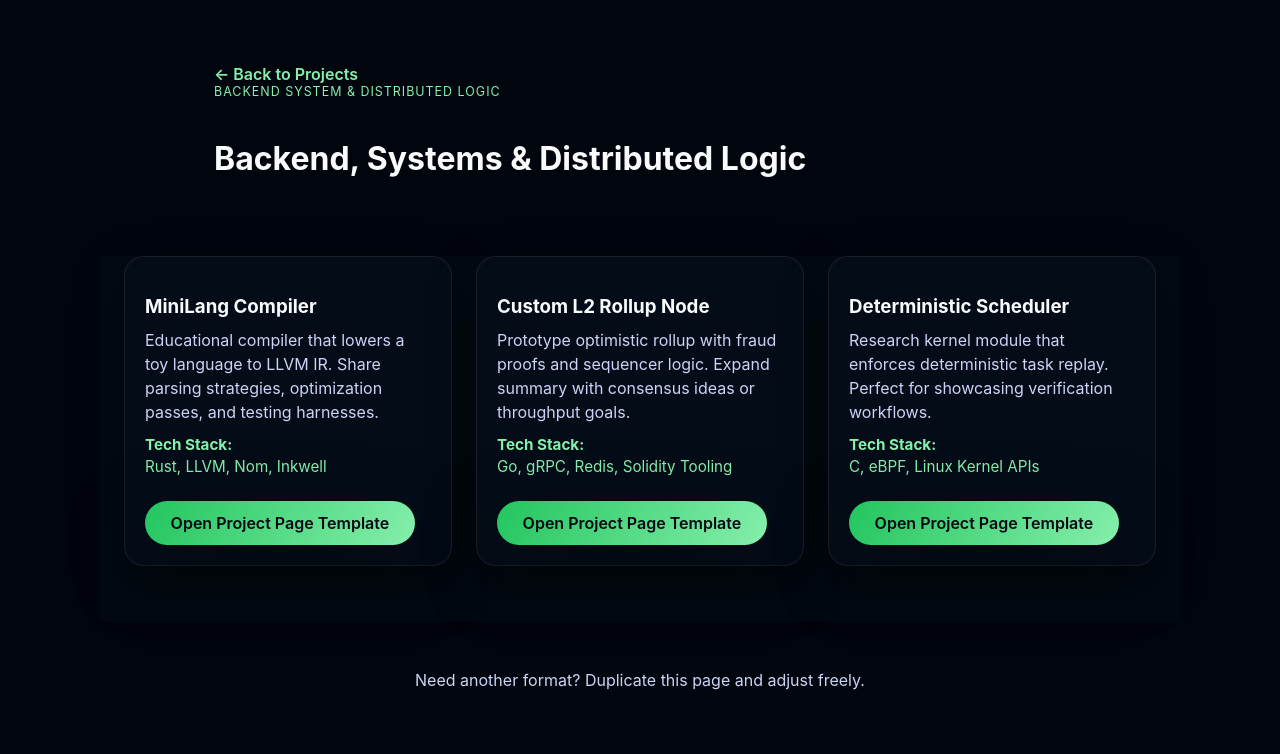
Repository: Abdulaziz-04/Abdulaziz-04.github.io
Page: projects/backend_systems.html
The author's editor kept a copy of each file at every save. The page is drawn from the files as they stood at one save, then again after the next save.
The browser window is 1280 px wide. The pictures show the whole page.

Above is the page before, as saved 2025-11-20 22:12:49.

### projects/backend_systems.html
<!DOCTYPE html>
<html lang="en">
  <head>
    <meta charset="UTF-8" />
    <meta name="viewport" content="width=device-width, initial-scale=1" />
    <title>Backend, Systems &amp; Distributed Logic | Projects</title>
    <link rel="stylesheet" href="../assets/css/styles.css" />
  </head>
  <body class="category-page">
    <header class="category-hero">
      <a class="category-back" href="../index.html#projects"
        >&larr; Back to Projects</a
      >
      <a class="category-pill" href="../index.html#projects"
        >Backend System &amp; Distributed Logic</a
      >
      <br />
      <h1>Backend, Systems &amp; Distributed Logic</h1>
    </header>
    <main class="section category-section">
      <div class="project-modal-grid">
        <article class="project-modal-card">
          <div class="project-modal__body">
            <h3>MiniLang Compiler</h3>
            <p class="project-modal__summary">
              Educational compiler that lowers a toy language to LLVM IR. Share
              parsing strategies, optimization passes, and testing harnesses.
            </p>
            <p class="project-modal__tech">
              <strong>Tech Stack:</strong> Rust, LLVM, Nom, Inkwell
            </p>
            <div class="project-modal__actions">
              <a
                class="btn primary"
                href="../deepdives/backend_systems/nand2tetris/nand2tetris.html"
                >Open Project Page Template</a
              >
            </div>
          </div>
        </article>

        <article class="project-modal-card">
          <div class="project-modal__body">
            <h3>Custom L2 Rollup Node</h3>
            <p class="project-modal__summary">
              Prototype optimistic rollup with fraud proofs and sequencer logic.
              Expand summary with consensus ideas or throughput goals.
            </p>
            <p class="project-modal__tech">
              <strong>Tech Stack:</strong> Go, gRPC, Redis, Solidity Tooling
            </p>
            <div class="project-modal__actions">
              <a class="btn primary" href="project-template.html"
                >Open Project Page Template</a
              >
            </div>
          </div>
        </article>

        <article class="project-modal-card">
          <div class="project-modal__body">
            <h3>Deterministic Scheduler</h3>
            <p class="project-modal__summary">
              Research kernel module that enforces deterministic task replay.
              Perfect for showcasing verification workflows.
            </p>
            <p class="project-modal__tech">
              <strong>Tech Stack:</strong> C, eBPF, Linux Kernel APIs
            </p>
            <div class="project-modal__actions">
              <a class="btn primary" href="project-template.html"
                >Open Project Page Template</a
              >
            </div>
          </div>
        </article>
      </div>
    </main>
    <footer class="category-footer">
      <p>Need another format? Duplicate this page and adjust freely.</p>
    </footer>
  </body>
</html>

### assets/css/styles.css
:root {
  --bg: #030a13;
  --bg-alt: #050f1f;
  --panel: #071425;
  --panel-soft: rgba(34, 197, 94, 0.08);
  --accent: #22c55e;
  --accent-strong: #86efac;
  --text: #f8fafc;
  --muted: #cbd5f5;
  --border: rgba(255, 255, 255, 0.08);
  --radius: 18px;
  --shadow: 0 25px 70px rgba(1, 8, 4, 0.55);
}

* {
  box-sizing: border-box;
}

body {
  margin: 0;
  min-height: 100vh;
  font-family: "Inter", "Segoe UI", system-ui, -apple-system, BlinkMacSystemFont,
    sans-serif;
  color: var(--text);
  background: radial-gradient(circle at 15% 35%, rgba(34, 197, 94, 0.15), transparent 45%),
    radial-gradient(circle at 80% 0%, rgba(134, 239, 172, 0.2), transparent 35%),
    #020718;
  scroll-behavior: smooth;
  padding-top: 0;
}

.modal-open {
  overflow: hidden;
}

main {
  background: var(--bg);
}

.section {
  max-width: 1080px;
  margin: 0 auto;
  padding: 3.5rem 1.5rem;
}

.site-header {
  margin: 0;
  padding: clamp(4rem, 12vw, 6rem) clamp(1.5rem, 6vw, 4rem) 3.5rem;
  background: linear-gradient(135deg, rgba(5, 18, 12, 0.9), rgba(3, 10, 19, 0.85)),
    radial-gradient(circle at top left, rgba(34, 197, 94, 0.25), transparent 55%);
  box-shadow: inset 0 1px 0 rgba(255, 255, 255, 0.05);
  min-height: 85vh;
  display: flex;
  align-items: center;
}

.hero-header {
  margin-top: 0;
  padding-top: clamp(4.5rem, 12vw, 7rem);
}

.top-nav {
  position: fixed;
  top: 0;
  left: 0;
  width: 100%;
  padding: 0.75rem clamp(1.25rem, 6vw, 4rem);
  background: rgba(4, 9, 20, 0.95);
  border-bottom: 1px solid rgba(255, 255, 255, 0.05);
  backdrop-filter: blur(14px);
  display: flex;
  align-items: center;
  justify-content: space-between;
  gap: 1rem;
  z-index: 50;
}

.top-nav__brand {
  font-size: 0.85rem;
  letter-spacing: 0.3em;
  text-transform: uppercase;
  color: var(--muted);
}

.top-nav__links {
  display: flex;
  align-items: center;
  gap: 0.9rem;
  flex-wrap: wrap;
}

.nav-link {
  text-decoration: none;
  color: var(--muted);
  font-weight: 600;
  letter-spacing: 0.08em;
  text-transform: uppercase;
  padding: 0.4rem 0.85rem;
  border-radius: 999px;
  transition: color 0.2s ease, background 0.2s ease;
}

.nav-link:hover {
  color: var(--text);
}

.nav-link.active {
  background: var(--accent);
  color: #03140c;
}

.hire-btn {
  cursor: pointer;
  background: var(--accent);
  color: black;
  padding: 0.95rem 2.4rem;
  font-size: 1.1rem;
  font-weight: 700;
  border: none;
  border-radius: 999px;
  box-shadow: 0 12px 28px rgba(34, 197, 94, 0.35);
}

.hero-grid {
  display: grid;
  grid-template-columns: minmax(0, 1.4fr) minmax(220px, 320px);
  gap: clamp(2rem, 4vw, 3.5rem);
  width: 100%;
  align-items: start;
}

.hero-text h1 {
  font-size: clamp(2.5rem, 5vw, 3.8rem);
  margin: 0.2rem 0 0.8rem;
}

.hero-lede {
  color: var(--muted);
  font-size: 1.05rem;
  max-width: 560px;
  line-height: 1.6;
}

.eyebrow {
  text-transform: uppercase;
  color: var(--accent-strong);
}

.hero-summary {
  margin: 1.5rem 0 1.75rem;
  color: var(--muted);
}

.summary-list {
  font-size: large;
  margin: 0;
  padding-left: 1.5rem;
}

.summary-list li {
  margin-bottom: 0.55rem;
  line-height: 1.5;
}

.hero-actions {
  display: flex;
  flex-wrap: wrap;
  gap: 1rem;
  width: 100%;
}

.hero-actions .hire-btn {
  padding: 1.1rem 2.8rem;
  font-size: 1.2rem;
}

.btn {
  display: inline-flex;
  align-items: center;
  justify-content: center;
  gap: 0.4rem;
  padding: 0.75rem 1.6rem;
  border-radius: 999px;
  text-decoration: none;
  font-weight: 600;
  transition: transform 0.2s ease, box-shadow 0.2s ease;
}

.btn.primary {
  background: linear-gradient(120deg, var(--accent), var(--accent-strong));
  color: #020714;
  box-shadow: var(--shadow);
}

.btn.secondary {
  border: 1px solid var(--accent);
  color: var(--accent-strong);
}

.btn:hover {
  transform: translateY(-2px);
}

.hero-photo {
  justify-self: center;
}

.hero-photo img {
  width: clamp(220px, 18vw, 280px);
  border-radius: 28px;
  border: 1px solid rgba(134, 239, 172, 0.2);
  box-shadow: 0 20px 60px rgba(0, 0, 0, 0.6);
  filter: saturate(1.05);
}

.section h2 {
  margin-top: 0;
  font-size: 2rem;
}

.experience-grid {
  display: grid;
  grid-template-columns: repeat(auto-fit, minmax(300px, 1fr));
  gap: 1.75rem;
}

.experience-title {
  display: flex;
  justify-content: space-between;
  align-items: center;
  gap: 1rem;
  font-size: 1.2rem;
}

.experience-title .role {
  color: var(--text); /* default text color */
  font-weight: 600;
}

.experience-title .org {
  color:#6DF9C9;
  white-space: nowrap;
}

.experience-card,
.project-card {
  background: linear-gradient(145deg, var(--panel), rgba(6, 14, 18, 0.9));
  border-radius: var(--radius);
  border: 1px solid var(--border);
  padding: 1.75rem;
  box-shadow: var(--shadow);
}

.timeline {
  border-left: 2px solid var(--border);
  margin-top: 1.25rem;
}

.timeline-item {
  padding-left: 1.75rem;
  margin-bottom: 1.75rem;
  position: relative;
}

.timeline-header {
  display: flex;
  justify-content: space-between;
  align-items: baseline;
  gap: 1rem;
}

.timeline-header h3 {
  margin: 0;
}

.education-title {
  display: flex;
  justify-content: space-between;
  gap: 0.75rem;
  align-items: baseline;
  flex-wrap: wrap;
}

.edu-gpa {
  color: var(--accent-strong);
  white-space: nowrap;
  font-size: 0.95rem;
}





.hire-modal {
  position: fixed;
  inset: 0;
  background: rgba(5, 9, 18, 0.8);
  display: flex;
  justify-content: center;
  align-items: center;
  z-index: 100;
}

.hire-modal[hidden] {
  display: none;
}

.hire-modal__panel {
  background: #050b16;
  border: 1px solid rgba(255, 255, 255, 0.08);
  border-radius: 22px;
  padding: 1.75rem;
  width: min(90%, 420px);
  box-shadow: 0 30px 80px rgba(0, 0, 0, 0.55);
  position: relative;
  color: var(--text);
}

.hire-modal__panel p {
  color: var(--muted);
}

.hire-modal__close {
  position: absolute;
  top: 0.5rem;
  right: 0.75rem;
  background: var(--accent);
  color: #02120b;
  border: none;
  font-size: 1.35rem;
  font-weight: 700;
  cursor: pointer;
  width: 2.25rem;
  height: 2.25rem;
  border-radius: 999px;
  display: inline-flex;
  align-items: center;
  justify-content: center;
  line-height: 1;
}

.hire-options {
  display: flex;
  flex-direction: column;
  gap: 0.75rem;
  margin-top: 1rem;
}

.hire-option {
  display: flex;
  justify-content: space-between;
  align-items: center;
  padding: 0.85rem 1rem;
  border-radius: 1rem;
  text-decoration: none;
  color: var(--text);
  border: 1px solid rgba(255, 255, 255, 0.08);
  background: rgba(255, 255, 255, 0.02);
  transition: background 0.2s ease, transform 0.2s ease;
}

.hire-option:hover {
  background: rgba(34, 197, 94, 0.18);
  transform: translateY(-2px);
}

.hire-option small {
  color: var(--muted);
  letter-spacing: 0.04em;
}

.hire-modal__action {
  margin-top: 1.5rem;
  width: 100%;
  text-align: center;
}

.timeline-item::before {
  content: "";
  width: 11px;
  height: 11px;
  border-radius: 999px;
  background: var(--accent);
  box-shadow: 0 0 16px rgba(34, 197, 94, 0.8);
  position: absolute;
  left: -6px;
  top: 4px;
}

.timeline-date {
  font-size: 0.85rem;
  letter-spacing: 0.1em;
  text-transform: uppercase;
  color: var(--muted);
}

.course-dropdown {
  margin-top: 1.5rem;
}

.course-toggle {
  width: 100%;
  background: transparent;
  border: 1px solid rgba(255, 255, 255, 0.08);
  border-radius: var(--radius);
  padding: 0.75rem 1.1rem;
  color: var(--text);
  font: inherit;
  font-weight: 600;
  letter-spacing: 0.04em;
  display: flex;
  justify-content: space-between;
  align-items: center;
  cursor: pointer;
  transition: border-color 0.2s ease, transform 0.2s ease, box-shadow 0.2s ease;
}

.course-toggle:hover {
  border-color: rgba(134, 239, 172, 0.7);
  box-shadow: 0 0 20px rgba(34, 197, 94, 0.25);
  transform: translateY(-1px);
}

.course-toggle__icon {
  font-size: 1.1rem;
  line-height: 1;
  transition: transform 0.25s ease;
}

.course-toggle[aria-expanded='true'] .course-toggle__icon {
  transform: rotate(45deg);
}

.course-panel {
  margin-top: 1rem;
  border-left: 2px solid rgba(134, 239, 172, 0.3);
  padding-left: 1.25rem;
}

.course-panel[hidden] {
  display: none;
}

.course-panel__body h4 {
  margin-top: 1rem;
  margin-bottom: 0.5rem;
}

.certifications-list {
  display: grid;
  gap: 1rem;
  margin-top: 1rem;
}

#certifications {
  scroll-margin-top: 140px;
}

.cert-list {
  list-style: none;
  padding: 0;
  margin: 0;
  display: flex;
  flex-direction: column;
  gap: 0.75rem;
}

.cert-title {
  font-weight: 700;
}

.cert-meta {
  font-size: 0.95rem;
  color: var(--muted);
}

.loading-text,
.loading-error {
  color: var(--muted);
  font-style: italic;
}

.loading-error {
  color: #fda4af;
}

.project-card--featured {
  display: flex;
  flex-wrap: wrap;
  gap: 1.5rem;
}

.project-media img {
  max-width: 280px;
  border-radius: var(--radius);
  border: 1px solid rgba(34, 197, 94, 0.3);
}

.project-grid {
  display: grid;
  grid-template-columns: repeat(auto-fit, minmax(240px, 1fr));
  gap: 1.25rem;
  margin-top: 1rem;
}

.projects-overview .projects-lede {
  color: var(--muted);
  max-width: 760px;
  margin-bottom: 2rem;
}

.project-category-grid {
  display: grid;
  grid-template-columns: repeat(auto-fit, minmax(260px, 1fr));
  gap: 1.5rem;
  margin-top: 2rem;
}

.project-category-card {
  border: 1px solid var(--border);
  border-radius: var(--radius);
  padding: 1.75rem;
  background: rgba(7, 19, 33, 0.85);
  display: flex;
  flex-direction: column;
  gap: 0.75rem;
  box-shadow: 0 15px 40px rgba(0, 0, 0, 0.35);
  min-height: 260px;
}

.category-pill {
  text-transform: uppercase;
  letter-spacing: 0.08em;
  font-size: 0.78rem;
  color: var(--accent-strong);
  margin: 0;
  display: block;
  min-height: 2.2em;
  text-decoration: none;
  cursor: pointer;
}

.project-category-card h3 {
  margin: 0;
  line-height: 1.35;
  min-height: 3.2em;
}

.project-category-card > p:not(.category-pill) {
  margin: 0;
  line-height: 1.5;
  min-height: 4.4em;
}

.category-link {
  align-self: flex-start;
  margin-top: auto;
}

.category-page {
  background: #01050d;
  color: var(--text);
  min-height: 100vh;
  margin: 0;
}

.category-hero {
  max-width: 900px;
  margin: 0 auto;
  padding: 4rem 1.5rem 2rem;
  text-align: left;
}

.category-hero h1 {
  margin-top: 0.5rem;
}

.category-back {
  text-decoration: none;
  color: var(--accent-strong);
  font-weight: 600;
}

.category-section {
  padding-top: 0;
}

.category-description {
  color: var(--muted);
  max-width: 720px;
}

.project-modal-grid {
  display: grid;
  grid-template-columns: repeat(auto-fit, minmax(280px, 1fr));
  gap: 1.5rem;
  margin-top: 1.5rem;
  align-items: stretch;
  grid-auto-rows: 1fr;
}

.project-modal-card {
  border: 1px solid rgba(255, 255, 255, 0.08);
  border-radius: 20px;
  padding: 1.25rem;
  background: rgba(5, 13, 25, 0.95);
  display: flex;
  flex-direction: column;
  gap: 1rem;
  box-shadow: 0 20px 50px rgba(0, 0, 0, 0.45);
  height: 100%;
}

.project-modal__body {
  display: grid;
  grid-template-rows: auto 1fr auto auto;
  gap: 0.6rem;
  height: 100%;
}

.project-modal-card h3 {
  margin: 0;
  min-height: 2.6rem;
  display: flex;
  align-items: flex-end;
}

.project-modal__body h3,
.project-modal__body p {
  margin: 0;
}

.project-modal__summary {
  color: var(--muted);
  line-height: 1.5;
  min-height: 0;
}

.project-modal__tech {
  font-size: 0.95rem;
  color: var(--accent-strong);
  min-height: 2.4rem;
  line-height: 1.5;
}

.project-modal__tech strong,
.project-modal__tech b {
  display: block;
}

.project-modal__actions {
  display: flex;
  gap: 0.75rem;
  flex-wrap: wrap;
  margin-top: auto;
  padding-top: 0.75rem;
}

.category-footer {
  text-align: center;
  color: var(--muted);
  padding: 2rem 1rem 3rem;
}

.project-detail-page {
  background: #01050d;
  color: var(--text);
  margin: 0;
}

.detail-hero {
  max-width: 960px;
  margin: 0 auto;
  padding: 4rem 1.5rem 2rem;
}

.detail-summary {
  color: var(--muted);
  font-size: 1.1rem;
}

.detail-meta {
  list-style: none;
  padding: 0;
  margin: 1.5rem 0 0;
  display: flex;
  flex-wrap: wrap;
  gap: 1rem 2rem;
  color: var(--accent-strong);
}

.detail-content {
  padding-top: 0;
}

.home-page p,
.home-page li,
.home-page .course-panel__body {
  text-align: justify;
}

.home-page .projects-overview p,
.home-page .project-category-card p {
  text-align: left;
}

.project-detail-page p,
.project-detail-page li {
  text-align: justify;
}

.detail-section {
  margin-bottom: 2.5rem;
}

.detail-gallery {
  display: flex;
  flex-direction: column;
  gap: 1.5rem;
}

.detail-gallery .gallery-row {
  display: flex;
  flex-direction: column;
  gap: 1.75rem;
  align-items: center;
}

.detail-gallery .gallery-row--two {
  width: 100%;
  display: grid;
  grid-template-columns: repeat(auto-fit, minmax(280px, 1fr));
  gap: 1.25rem;
  align-items: start;
}

.detail-gallery .gallery-item {
  flex: 0 0 auto;
  max-width: 880px;
  margin: 0 auto;
  text-align: center;
}

.detail-gallery .gallery-item figcaption {
  text-align: center;
}

.detail-gallery .gallery-item img {
  display: block;
  width: 100%;
  height: auto;
  border-radius: 12px;
  border: 1px solid rgba(255, 255, 255, 0.08);
  margin: 0 auto;
  transform: none;
}

.detail-video {
  display: block;
  width: 100%;
  max-width: 720px;
  height: auto;
  margin: 0 auto;
  border-radius: 12px;
  border: 1px solid rgba(255, 255, 255, 0.08);
  background: #000;
}

.detail-gallery__grid {
  display: grid;
  grid-template-columns: repeat(auto-fit, minmax(240px, 1fr));
  gap: 1.25rem;
}

.detail-gallery__grid img {
  width: 100%;
  border-radius: 14px;
  border: 1px solid rgba(255, 255, 255, 0.08);
}

.detail-snippet pre {
  background: #020714;
  padding: 1.25rem;
  border-radius: 16px;
  border: 1px solid rgba(255, 255, 255, 0.08);
  overflow-x: auto;
}

.code-emphasis {
  font-size: 1.4em;
}

.skills-list {
  display: flex;
  flex-wrap: wrap;
  gap: 0.65rem;
}

.skill-pill {
  --pill-bg: rgba(148, 163, 184, 0.15);
  --pill-color: #f8fafc;
  --pill-icon: rgba(255, 255, 255, 0.85);
  display: inline-flex;
  align-items: center;
  gap: 0.4rem;
  padding: 0.45rem 0.9rem;
  border-radius: 0.85rem;
  background: var(--pill-bg);
  color: var(--pill-color);
  font-size: 0.78rem;
  font-weight: 700;
  letter-spacing: 0.05em;
  text-transform: uppercase;
  border: 1px solid rgba(255, 255, 255, 0.06);
  box-shadow: 0 6px 14px rgba(0, 0, 0, 0.25);
}

.skill-pill i {
  font-size: 1rem;
  color: var(--pill-icon);
}

.site-footer {
  text-align: center;
  display: flex;
  justify-content: center;
  padding: 2.5rem 1rem 3rem;
  color: var(--muted);
  border-top: 1px solid var(--border);
  background: linear-gradient(180deg, rgba(5, 9, 18, 0.98), rgba(2, 7, 24, 0.95));
  margin-top: 0;
  box-shadow: 0 -18px 45px rgba(0, 0, 0, 0.45);
}

.site-footer p {
  margin: 0;
}

@media (max-width: 1024px) {
  .hero-grid {
    grid-template-columns: 1fr;
    text-align: center;
  }

  .hero-photo {
    order: -1;
  }

  .top-nav {
    flex-direction: column;
    align-items: flex-start;
    gap: 0.5rem;
  }

  .top-nav__links {
    width: 100%;
    justify-content: flex-start;
    gap: 0.5rem;
  }

  .hire-btn {
    width: 100%;
    text-align: center;
  }
}

@media (max-width: 640px) {
  .hero-header {
    padding-top: 9rem;
  }

  .experience-title {
    flex-direction: column;
    align-items: flex-start;
    gap: 0.35rem;
    font-size: 1.05rem;
  }

  .experience-title .org {
    white-space: normal;
    width: 100%;
  }
}


/* Medium size for first GIF */
.gallery-item--medium {
  text-align: center;
}

.gallery-item--medium img {
  max-width: 720px;
  width: 100%;
  height: auto;
  display: block;
  margin: 0 auto;
}

.gallery-item figcaption {
  margin-top: 0.95rem;
  color: var(--muted);
  line-height: 1.5;
}

.hero-screens {
  display: flex;
  flex-wrap: wrap;
  justify-content: center;
  align-items: flex-start;
  gap: 1.25rem;
}

.hero-screens .gallery-item {
  max-width: 220px;
  width: 100%;
  display: flex;
  flex-direction: column;
  align-items: center;
}

.hero-screens .gallery-item img {
  width: 100%;
  height: 420px;
  display: block;
  margin: 0 auto;
  object-fit: contain;
}

.hero-screens .gallery-item figcaption {
  text-align: center;
  margin-top: 0.75rem;
}


a {
  color: #b6f5c9;
}

a:hover {
  color: #8ef0af;
}

After the next save:
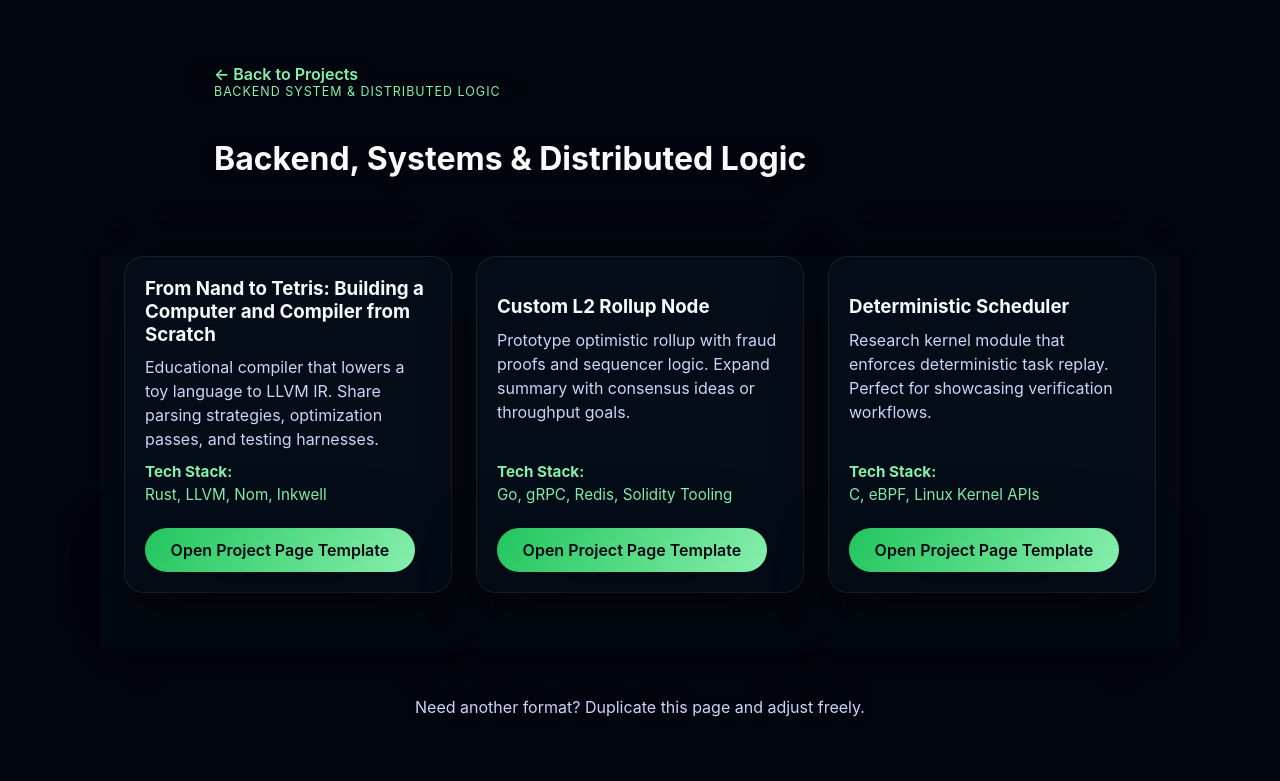
Saved 41 s later.
--- a/projects/backend_systems.html
+++ b/projects/backend_systems.html
@@ -21,7 +21,9 @@
       <div class="project-modal-grid">
         <article class="project-modal-card">
           <div class="project-modal__body">
-            <h3>MiniLang Compiler</h3>
+            <h3>
+              From Nand to Tetris: Building a Computer and Compiler from Scratch
+            </h3>
             <p class="project-modal__summary">
               Educational compiler that lowers a toy language to LLVM IR. Share
               parsing strategies, optimization passes, and testing harnesses.
